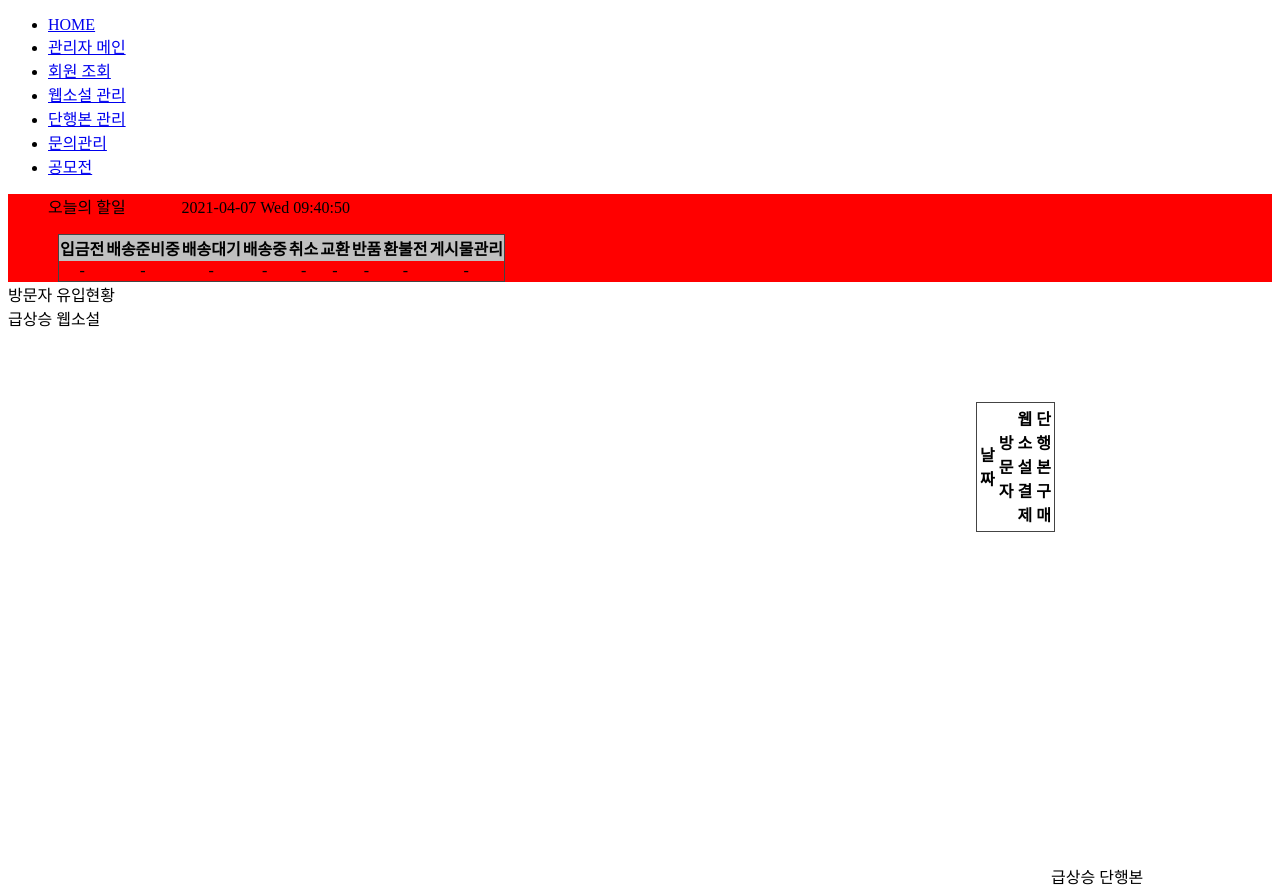
Repository: hoony0203/firstbook
Page: http://localhost/first_book/admin/main
These files come from the project's save history. The page is drawn as it stood at one moment and after a run of saves; the edit follows.
The browser window is 1280 px wide. The pictures show the whole page.
The page is served by Tomcat 9.

Above is the page before, as saved 2021-04-10 08:33:17.

After the next 2 saves:
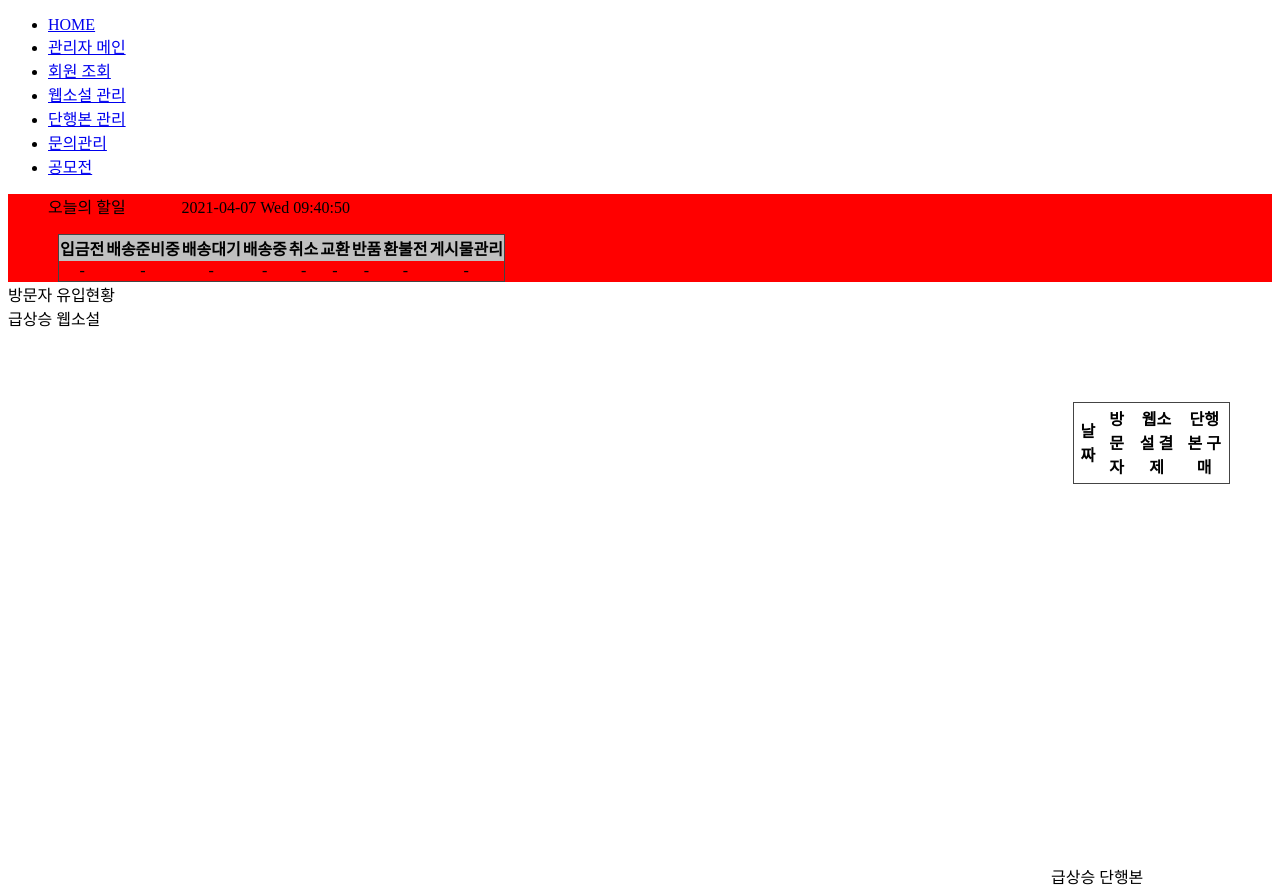
The 2 saves are shown as one change because they came seconds apart.
The last was saved 18 s later.
--- a/first_book/web/WEB-INF/views/admin/adminMain.jsp
+++ b/first_book/web/WEB-INF/views/admin/adminMain.jsp
@@ -15,10 +15,10 @@
 	#a1 table { margin-left: 50px; text-align : center; border: 1px solid #444444; border-collapse: collapse; border-spacing: 0; border-spacing: 30px;}
 	#a1 table>thead { background-color: silver; }
 
-	#a3 {position: absolute; width: 32px; height: 20px; left: 1073px; top: 402px; }
+	#a3 {position: absolute; left: 1073px; top: 402px; }
 	#a3 table { float: right; margin-right: 50px; border: 1px solid #444444;}
 
-	#a5 { position : absolute; width: 121px; height: 23px; left: 1051px; top: 864px; }
+	#a5 { position : absolute; left: 1051px; top: 864px; }
 
 </style>
 
